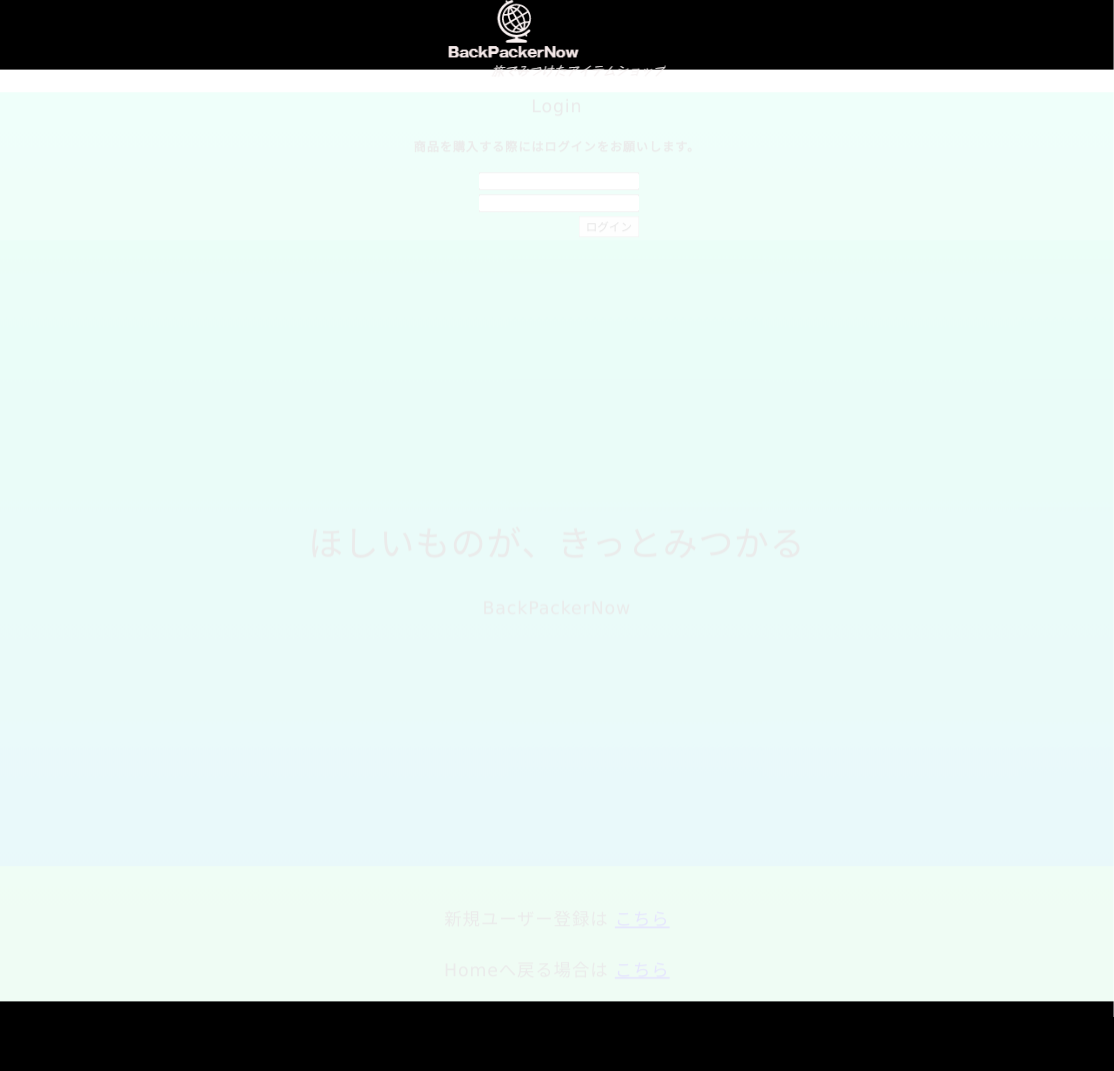
Repository: yanaiwataru/test
Page: http://localhost/ecsite/login.jsp
These files come from the project's save history. The page is drawn as it stood at one moment and after the next save; the edit follows.
The browser window is 1280 px wide. The pictures show the whole page, at 87% of full size.
The page is served by Tomcat 9.

Above is the page before, as saved 2018-03-12 07:51:00.

After the next save:
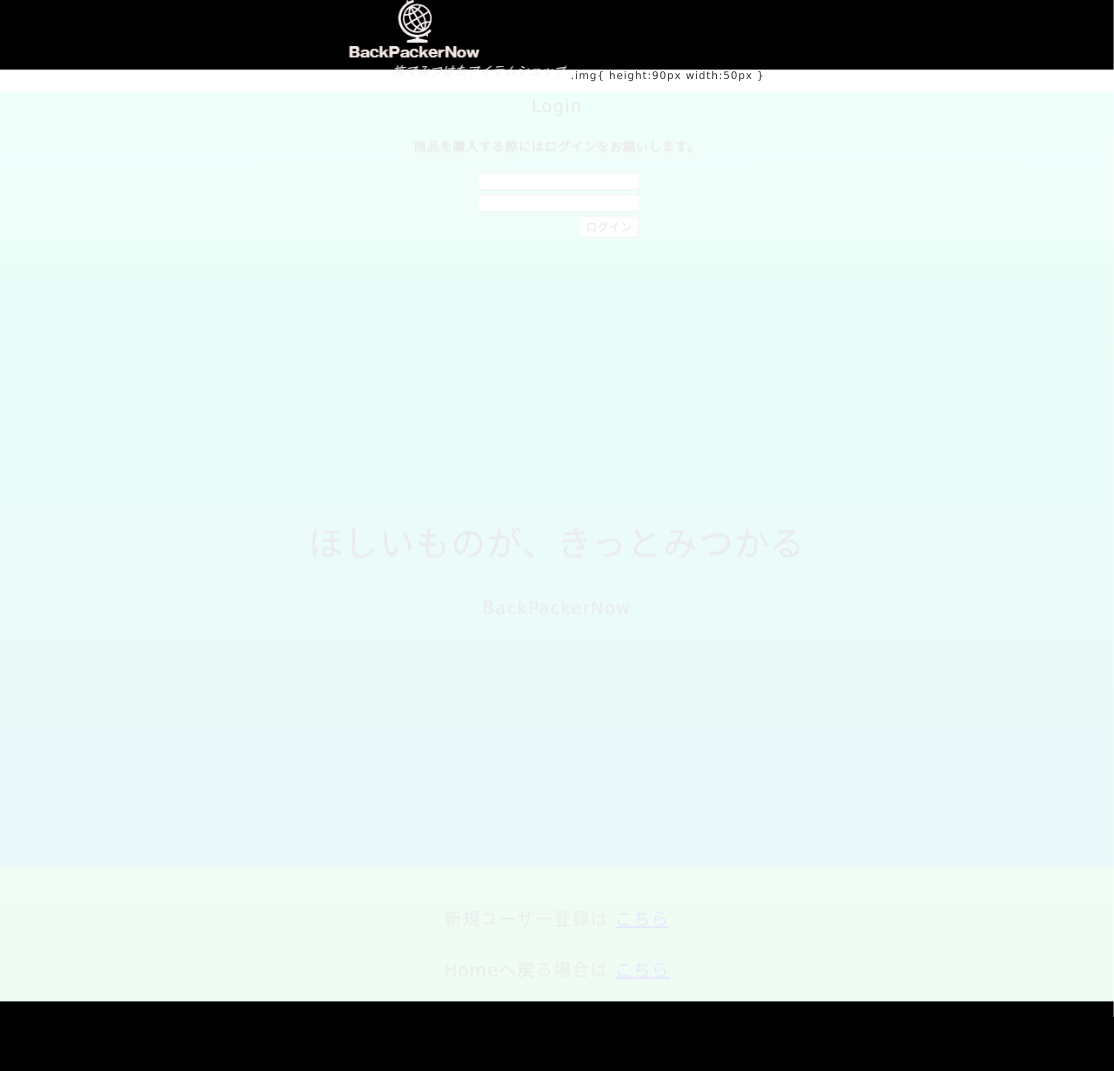
Saved 2 min 55 s later.
--- a/ecsite/WebContent/login.jsp
+++ b/ecsite/WebContent/login.jsp
@@ -13,6 +13,9 @@
 <meta name="description" content="" />
 <meta name="keywords" content="" />
 <title>Login画面</title>
+
+
+
 <style type="text/css">
 body {
 	margin: 0;
@@ -69,6 +72,10 @@ table {
 		<div id="pr">
 
 		<img class="logo" src="./image/logo.png">
+		.img{
+		height:90px
+		width:50px
+		}
 
 		</div>
 
